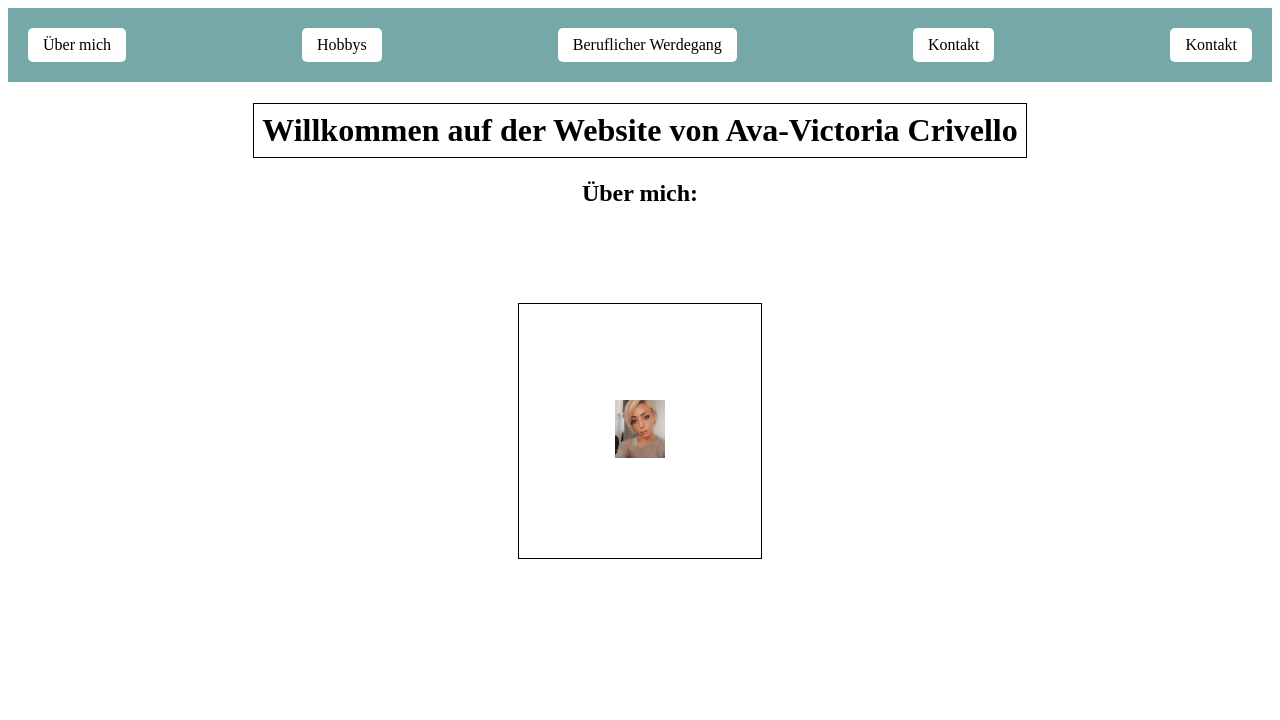
Repository: Ava-VictoriaCrivello/website
Page: index.html
These files come from the project's save history. The page is drawn as it stood at one moment and after the next save; the edit follows.
The browser window is 1280 px wide. The pictures show the whole page.
Some web fonts or font styles are not loaded; a fallback is used.

Above is the page before, as saved 2022-05-29 19:56:57.

### index.html
<!DOCTYPE html>
<html lang="en">
  <head>
    <meta charset="UTF-8" />
    <meta http-equiv="X-UA-Compatible" content="IE=edge" />
    <meta name="viewport" content="width=device-width, initial-scale=1.0" />
    <title>website</title>
    <link rel="stylesheet" href="style.css" />
    <link rel="preconnect" href="https://fonts.googleapis.com" />
    <link rel="preconnect" href="https://fonts.gstatic.com" crossorigin />
    <link
      href="https://fonts.googleapis.com/css2?family=Tiro+Telugu:ital@1&display=swap"
      rel="stylesheet"
    />
  </head>
  <body>
    <nav>
      <a class="button" href="name.#aboutme">Über mich</a>
      <a class="button" href="name.#hobbys">Hobbys</a>
      <a class="button" href="name.#work">Beruflicher Werdegang</a>
      <a class="button" href="name.#contact">Kontakt</a>
      <a class="button" href="name.#contact">Kontakt</a>
    </nav>

    <h1>Willkommen auf der Website von Ava-Victoria Crivello</h1>
    <h2>Über mich:</h2>
  </body>
  <article>
    <img id="ich" src="ich.png" alt="Frau mit blonden Haaren" width="50px" />
  </article>
</html>

### style.css
nav {
  background-color: rgb(119, 168, 168);
  font-family: "Tiro Telugu", serif;
  padding: 20px;
  display: flex;
  justify-content: space-between;
  flex-wrap: wrap;
  gap: 20px;
  flex-direction: row;
}

.button {
  background-color: white;
  color: black;
  padding: 8px 15px;
  border-radius: 5px;
  text-decoration: none;
}

h1 {
  font-family: "Tiro Telugu", serif;
  color: black;
  border: thin solid;
  padding: 0.25em;
  margin-left: auto;
  margin-right: auto;
  max-width: max-content;
  text-align: start;
}
h2 {
  font-family: "Tiro Telugu", serif;
  font-weight: bolder;
  margin-bottom: 4em;
  text-align: center;
}

article {
  font-family: "Tiro Telugu", serif;
  color: black;
  border: thin solid;
  padding: 6em;
  margin-left: auto;
  margin-right: auto;
  max-width: max-content;
  text-align: center;
}

After the next save:
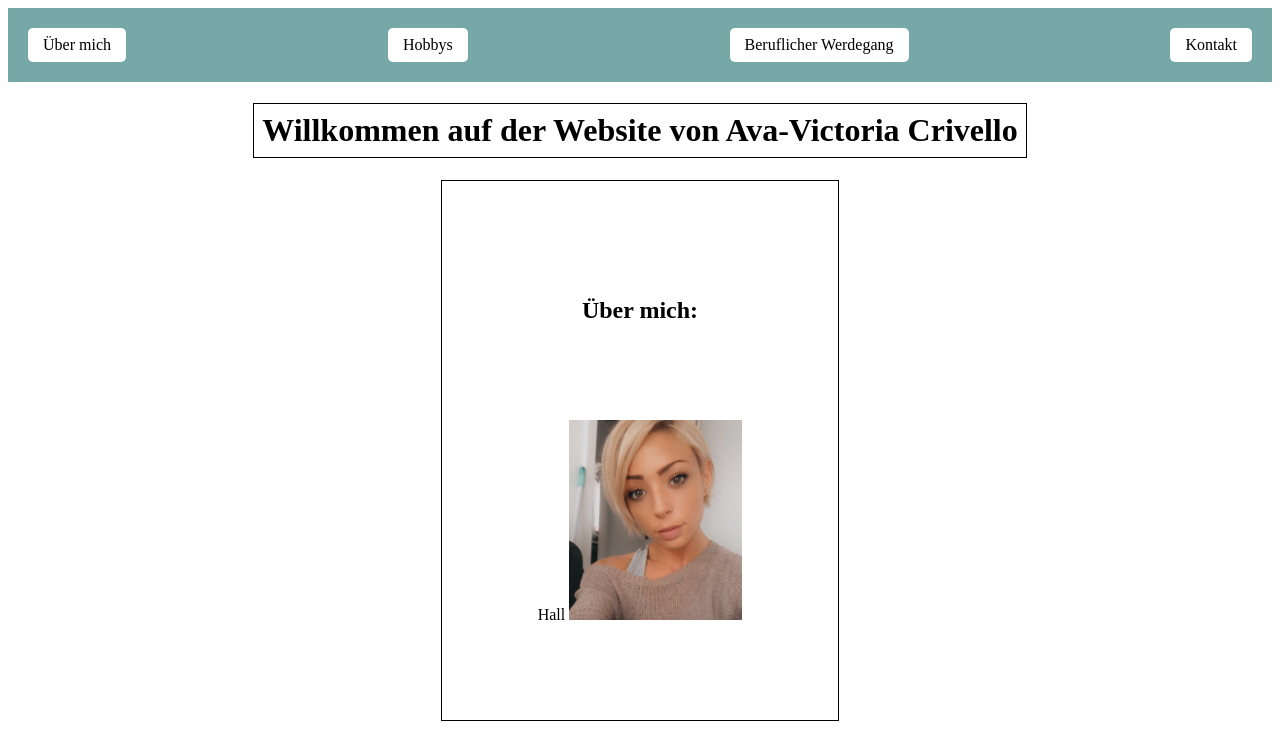
Saved 7 min 1 s later.
--- a/index.html
+++ b/index.html
@@ -19,13 +19,13 @@
       <a class="button" href="name.#hobbys">Hobbys</a>
       <a class="button" href="name.#work">Beruflicher Werdegang</a>
       <a class="button" href="name.#contact">Kontakt</a>
-      <a class="button" href="name.#contact">Kontakt</a>
     </nav>
 
     <h1>Willkommen auf der Website von Ava-Victoria Crivello</h1>
-    <h2>Über mich:</h2>
+    <article>
+      <h2>Über mich:</h2>
+      Hall
+      <img src="ich.png" alt="Frau mit blonden Haaren" height="200px" />
+    </article>
   </body>
-  <article>
-    <img id="ich" src="ich.png" alt="Frau mit blonden Haaren" width="50px" />
-  </article>
 </html>
